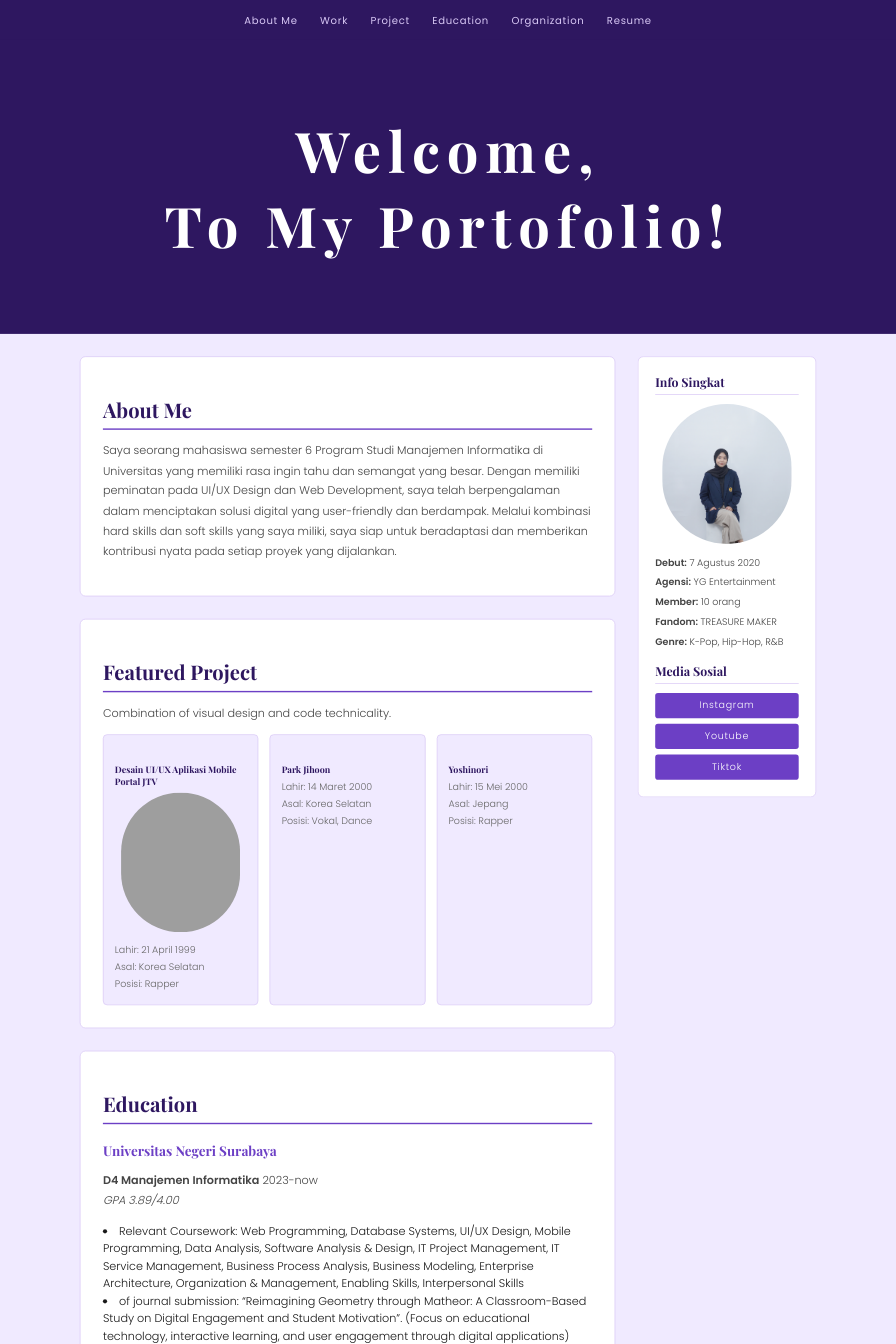
Repository: VergiMutiaRahmasyani/Website-Portofolio
Page: index.html
The author's editor kept a copy of each file at every save. The page is drawn from the files as they stood at one save, then again after the next save.
The browser window is 1280 px wide. The pictures show the part of the page from y = 0 to 1920 px (the page is 2825 px tall), at 70% of full size.
Pictures or frames that could not be fetched are drawn as grey boxes.

Above is the page before, as saved 2026-03-07 13:25:45.

After the next save:
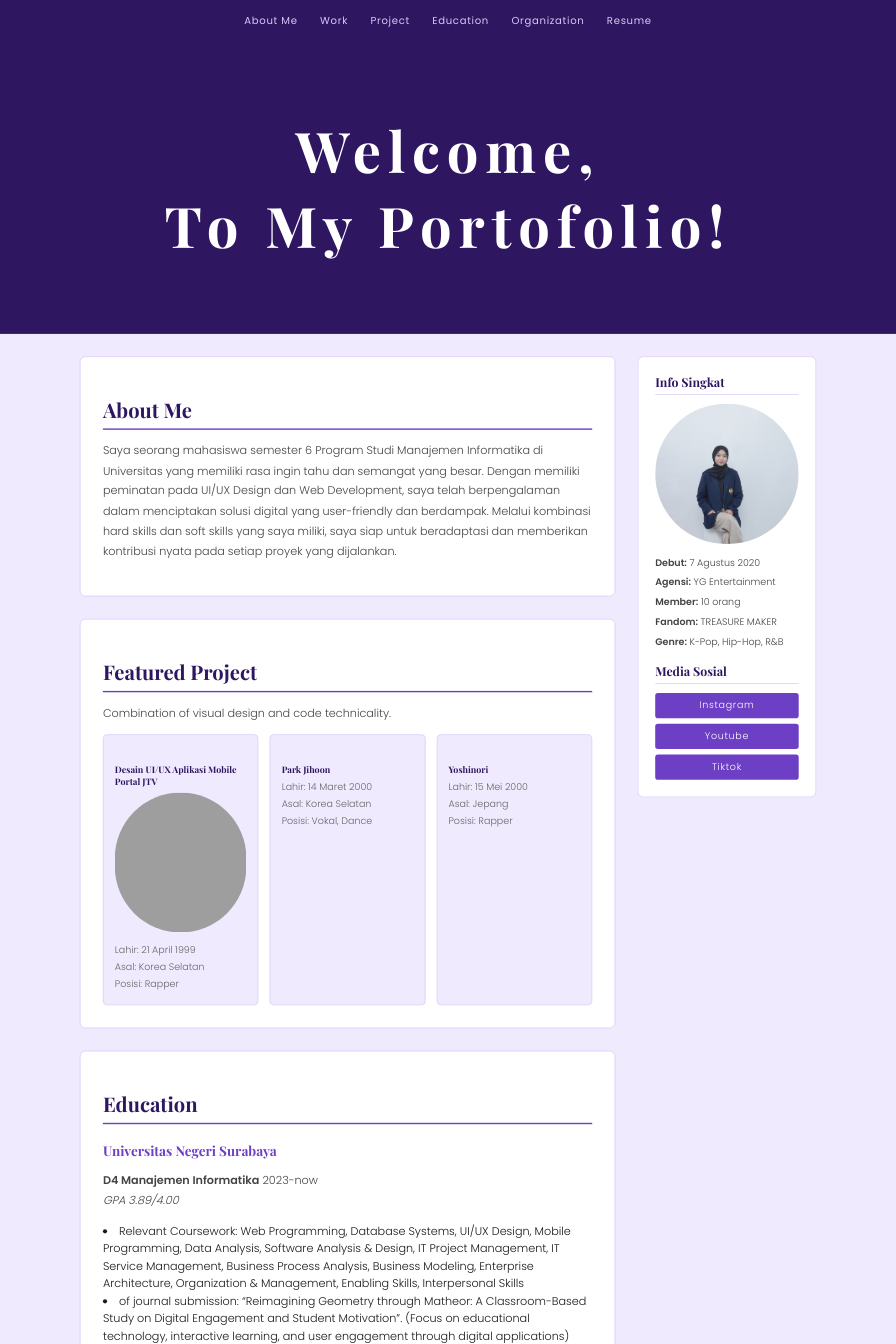
Saved 17 s later.
--- a/css/style.css
+++ b/css/style.css
@@ -295,7 +295,7 @@ aside h3:first-child {
 }
 
 .aside-img {
-    width: 90%;
+    width: 100%;
     max-width: 250px;
     height: 200px;
     object-fit: cover;
